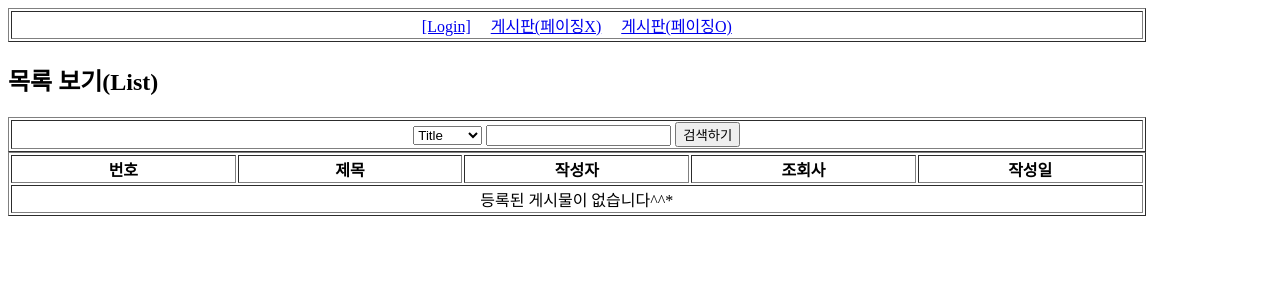
Repository: Jadedvst/Java_JSP-Servlet
Page: http://localhost/MustHaveJSP/10EL/List.jsp
These files come from the project's save history. The page is drawn as it stood at one moment and after the next save; the edit follows.
The browser window is 1280 px wide. The pictures show the whole page.
The page is served by Tomcat 10. Queries for data that is not in the repository find no rows.

Above is the page before, as saved 2023-12-18 05:40:49.

After the next save:
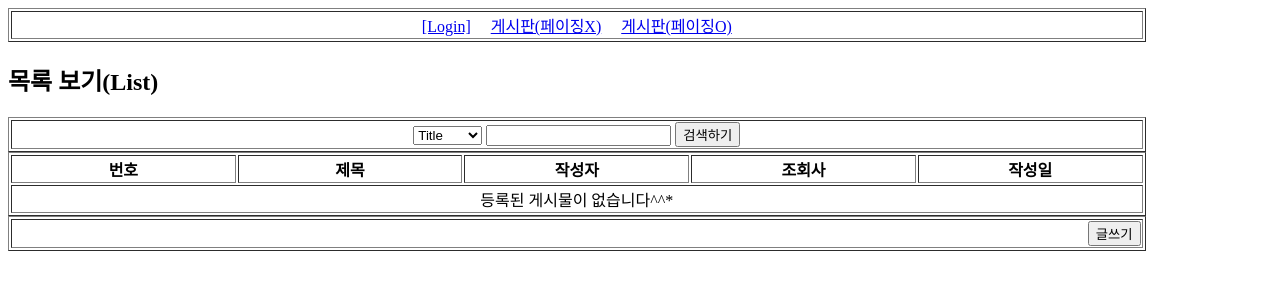
Saved 2 min 19 s later.
--- a/MustHaveJSP/src/main/webapp/10EL/List.jsp
+++ b/MustHaveJSP/src/main/webapp/10EL/List.jsp
@@ -21,7 +21,7 @@ if (searchWord!=null){
 
 	int totalCnt = dao.selectCount(param);
 	List<BoardDTO> boardLists = dao.selectList(param);
-	dao.close(); //JDBC에서
+	dao.close(); //JDBC에서 Exception catch중
 
 
 %>
@@ -85,6 +85,10 @@ if(boardLists.isEmpty()){
 }
 %>
 	</table>
-	<table
+	<table border="1" width="90%">
+		<tr align="right">
+			<td><button type="button" onclick="location.href='Write.jsp';">글쓰기</button></td>
+		</tr>
+	</table>
 </body>
 </html>
